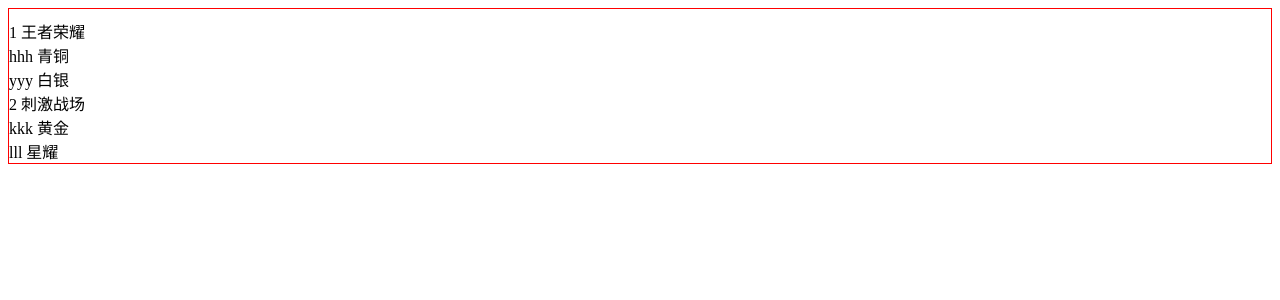
Repository: eheihaha2/whoisthespy-
Page: webDemo/WebContent/test3.html
An editor plug-in stored every save of this project. The page is shown before and after the next save, followed by the edit.
The browser window is 1280 px wide. The pictures show the whole page.
The page's requests for data from a server got no answer.

Above is the page before, as saved 2020-02-22 10:39:56.

### webDemo/WebContent/test3.html
<!DOCTYPE html>
<html>
<head>
<meta charset="UTF-8">
<title>Insert title here</title>
<script type="text/javascript" src="js/jquery-1.11.0.min.js"></script>
<style type="text/css">
	body>div{
		border:1px solid red;
		padding-top:10px;
	}
</style>
</head>
<body>
	<div id = "main">
		<div class = "room">
			<span class="roomId">1</span>
			<span class="roomName">王者荣耀</span>
			<div class="userList">
				<div class="user">
					<span class="userName">hhh</span>
					<span class="userLeverl">青铜</span>
				</div>
				<div class="user">
					<span class="userName">yyy</span>
					<span class="userLevel">白银</span>
				</div>
			</div>
	</div>

		<div class = "room">
			<span class="roomId">2</span>
			<span class="roomName">刺激战场</span>
			<div class="userList">
				<div class="user">
					<span class="userName">kkk</span>
					<span class="userLeverl">黄金</span>
				</div>
				<div class="user">
				<span class="userName">lll</span>
				<span class="userLevel">星耀</span>
				</div>
			</div>
		</div>
	</div>
</body>
<script type="text/javascript">
    $.ajax({
      url:"RoomServlet",
      type:"POST",
      dataType:"json",
      /* success:function(data) {
    	  console.log(data);
 		//渲染界面
 		var roomDiv =$(".room").clone();
 		$.each(data,function(index,item){
 			console.log(item.roomName);
 			roomDiv.find(".roomName").text(item.roomName);
 			roomDiv.find("roomId").text(roomDiv.find(".roomId").text()+item.roomId);

 			$.each(item.userList,function(index,userItem){
 				console.log(userItem.name);
 				roomDiv.find(".userId").text(roomDiv.find(".userId").text()+userItem)
 				roomDiv.find(".userName").text(roomDiv,find(",userName")).text()+userItem
 			})
 			$("#main").append(roomDiv);
 		})
      } */
      success:function(data){
    	  for(var i=0;i<data.length;i++){
    		  $("body").append(Room(data[i].roomId,data[i].readyNum,data[i].maxNum,User(data[i].userList)))
    	  }
      }
     })
    </script>
</html>

Loaded but not shown: webDemo/WebContent/js/jquery-1.11.0.min.js (library)

After the next save:
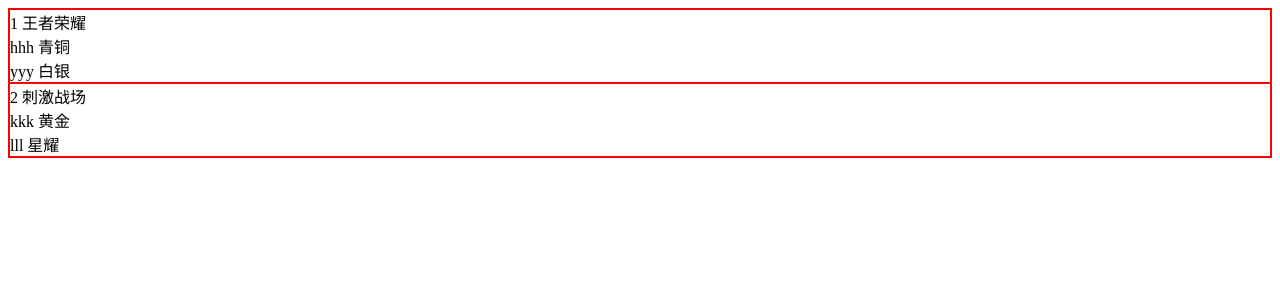
Saved 89 s later.
--- a/webDemo/WebContent/test3.html
+++ b/webDemo/WebContent/test3.html
@@ -7,7 +7,10 @@
 <style type="text/css">
 	body>div{
 		border:1px solid red;
-		padding-top:10px;
+	}
+	.room{
+		border:1px solid red;
+		magin-top:10px;
 	}
 </style>
 </head>
